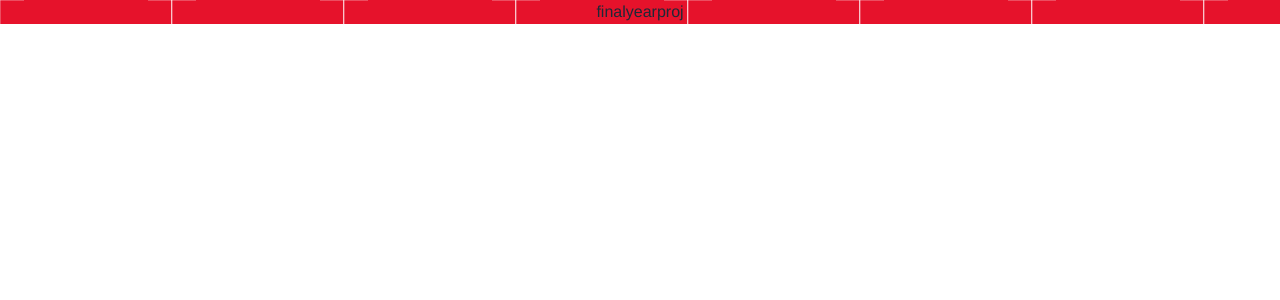
Repository: Ech026/echo-portfolio
Page: /echo-portfolio/echo-bike-app
An editor plug-in stored every save of this project. The page is shown before and after the next save, followed by the edit.
The browser window is 1280 px wide. The pictures show the whole page.
The project was rebuilt for these pictures with package versions that can differ from the ones it lists, and the page was loaded fresh each time. Also part of the build but not shown: vite.config.js, src/components/sidebar.jsx, src/components/nav.jsx, src/components/footer.jsx, src/components/hero.jsx, src/components/main.jsx, src/components/project.jsx, src/components/works.jsx.

Above is the page before, as saved 2024-10-14 18:45:19.

After the next save:
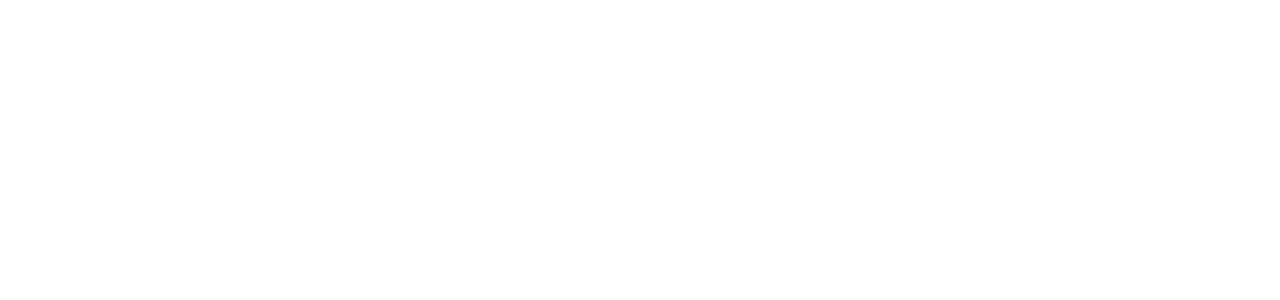
Saved 15 s later.
--- a/src/components/finalyearproj.jsx
+++ b/src/components/finalyearproj.jsx
@@ -2,7 +2,7 @@
 
 const finalyearproj = () => {
   return (
-    <div>finalyearproj</div>
+    <div></div>
   )
 }
 

After the save that followed:
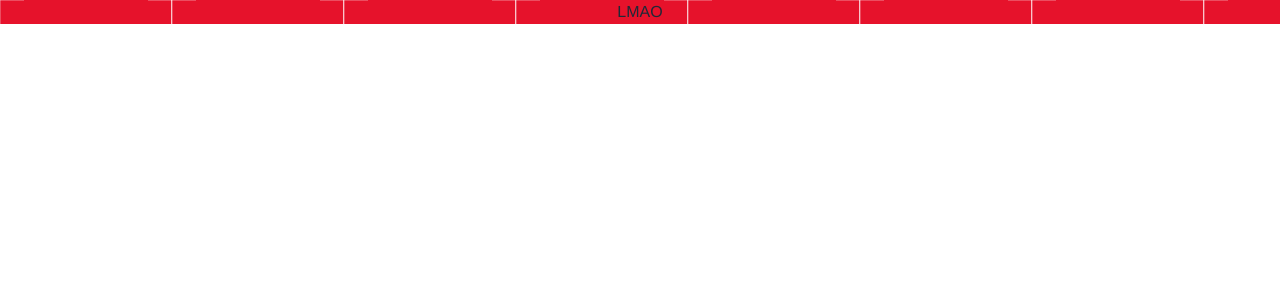
Saved 25 s later.
--- a/src/components/finalyearproj.jsx
+++ b/src/components/finalyearproj.jsx
@@ -2,7 +2,7 @@
 
 const finalyearproj = () => {
   return (
-    <div></div>
+    <div>LMAO</div>
   )
 }
 
